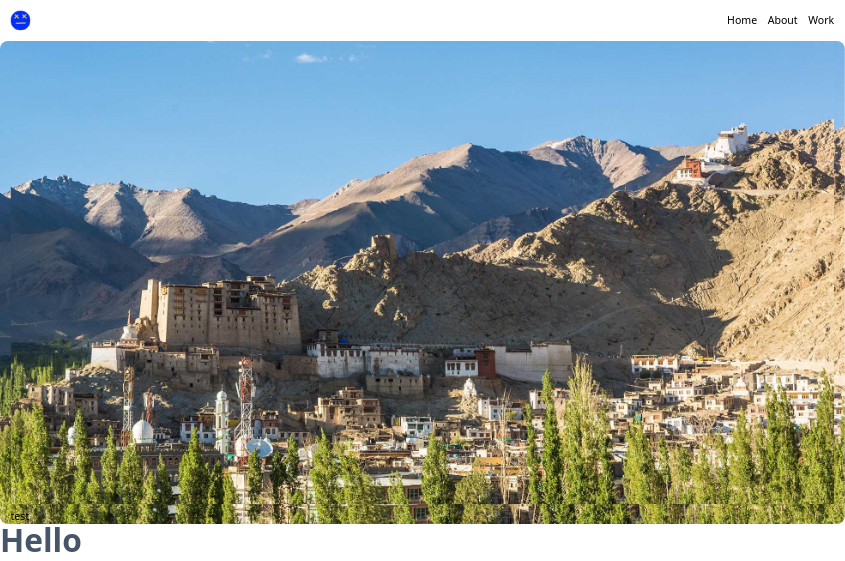
Repository: aaroncemery/aaroncemery-next
Page: /
The author's editor kept a copy of each file at every save. The page is drawn from the files as they stood at one save, then again after the next save.
The browser window is 1280 px wide. The pictures show the whole page, at 66% of full size.
The project was rebuilt for these pictures with package versions that can differ from the ones it lists, and the page was loaded fresh each time. The framework's server and built-in components were replaced by stand-ins that run in the browser. Also part of the build but not shown: next.config.js.

Above is the page before, as saved 2022-06-13 19:25:16.

### pages/index.tsx
import type { NextPage } from 'next'
import { Fragment } from 'react'
import Image from 'next/image'
import NavIcon from '../public/assets/nav-icon.png'
import HeroImage from '../public/assets/lehguidelead.jpeg'
import Link from 'next/link'

const Home: NextPage = () => {
  return (
    <Fragment>
      <nav className="container flex justify-between items-center px-4 py-4">
        <Image src={NavIcon} alt={'aaroncemery icon'} height={30} width={30} />
        <ul className="flex justify-between items-center gap-4">
          <li>
            <Link href="/">Home</Link>
          </li>
          <li>
            <Link href="/about">About</Link>
          </li>
          <li>
            <Link href="/work">Work</Link>
          </li>
        </ul>
      </nav>
      <div
        className={`container px-4 aspect-video relative bg-hero-pattern rounded-xl m-auto bg-cover`}
      >
        <Image src={HeroImage} alt="hero image" />
        <h1 className="z-10">test</h1>
      </div>
      <h1 className="font-sans text-5xl font-bold text-slate-600">Hello</h1>
    </Fragment>
  )
}

export default Home

### tailwind.config.js
/** @type {import('tailwindcss').Config} */
module.exports = {
  content: [
    './pages/**/*.{js,ts,jsx,tsx}',
    './components/**/*.{js,ts,jsx,tsx}',
  ],
  theme: {
    extend: {
      backgroundImage: {
        'hero-pattern': "url('/lehguidelead.jpeg')",
      },
    },
  },
  plugins: [],
}

Loaded but not shown: pages/_app.tsx (common file); styles/globals.css (common file)

After the next save:
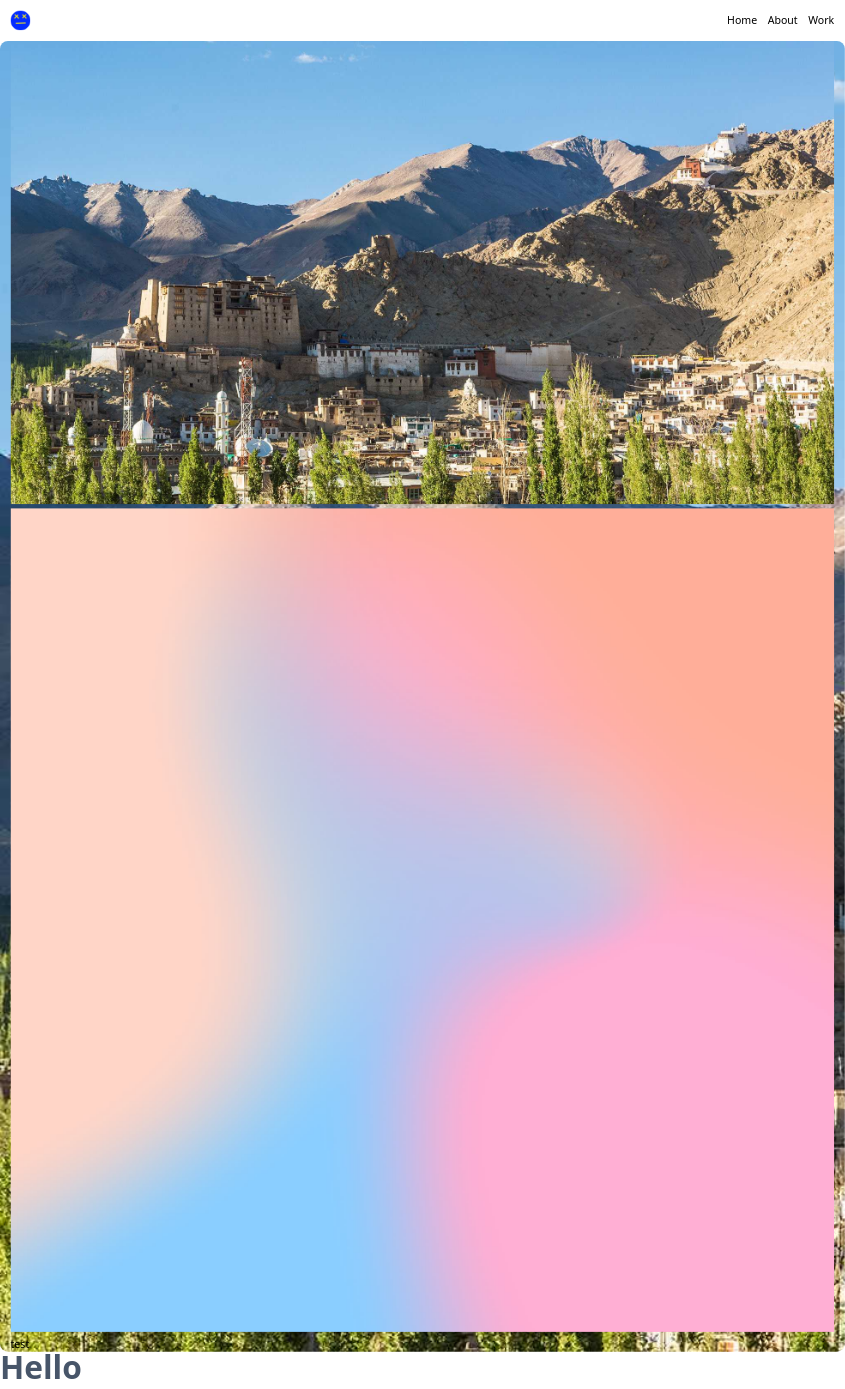
Saved 2 min 37 s later.
--- a/pages/index.tsx
+++ b/pages/index.tsx
@@ -3,6 +3,7 @@ import { Fragment } from 'react'
 import Image from 'next/image'
 import NavIcon from '../public/assets/nav-icon.png'
 import HeroImage from '../public/assets/lehguidelead.jpeg'
+import MeshGradient from '../public/assets/mesh-gradient.jpg'
 import Link from 'next/link'
 
 const Home: NextPage = () => {
@@ -26,6 +27,11 @@ const Home: NextPage = () => {
         className={`container px-4 aspect-video relative bg-hero-pattern rounded-xl m-auto bg-cover`}
       >
         <Image src={HeroImage} alt="hero image" />
+        <Image
+          src={MeshGradient}
+          alt="mesh gradient"
+          className="absolute top-0 left-0"
+        />
         <h1 className="z-10">test</h1>
       </div>
       <h1 className="font-sans text-5xl font-bold text-slate-600">Hello</h1>
